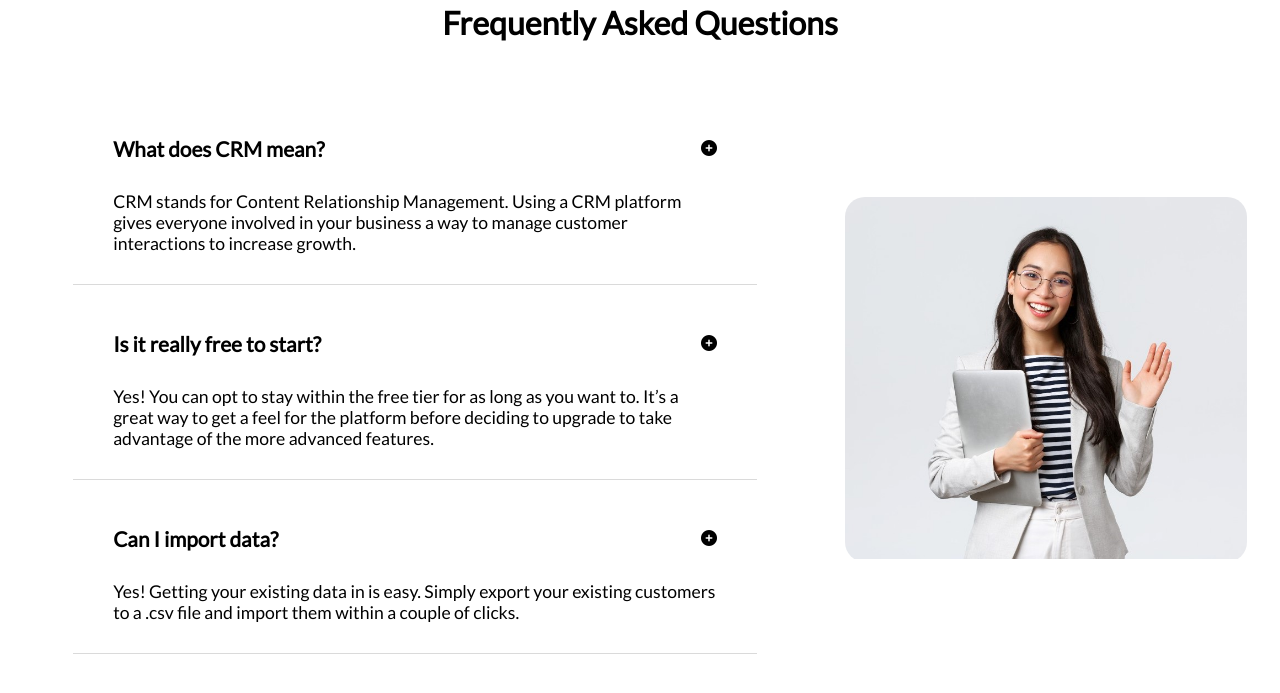
Repository: emiliaiwu/faq_component
Page: index.html
These files come from the project's save history. The page is drawn as it stood at one moment and after the next save; the edit follows.
The browser window is 1280 px wide. The pictures show the whole page.
Some web libraries are served in a nearby version.

Above is the page before, as saved 2022-12-13 16:15:11.

After the next save:
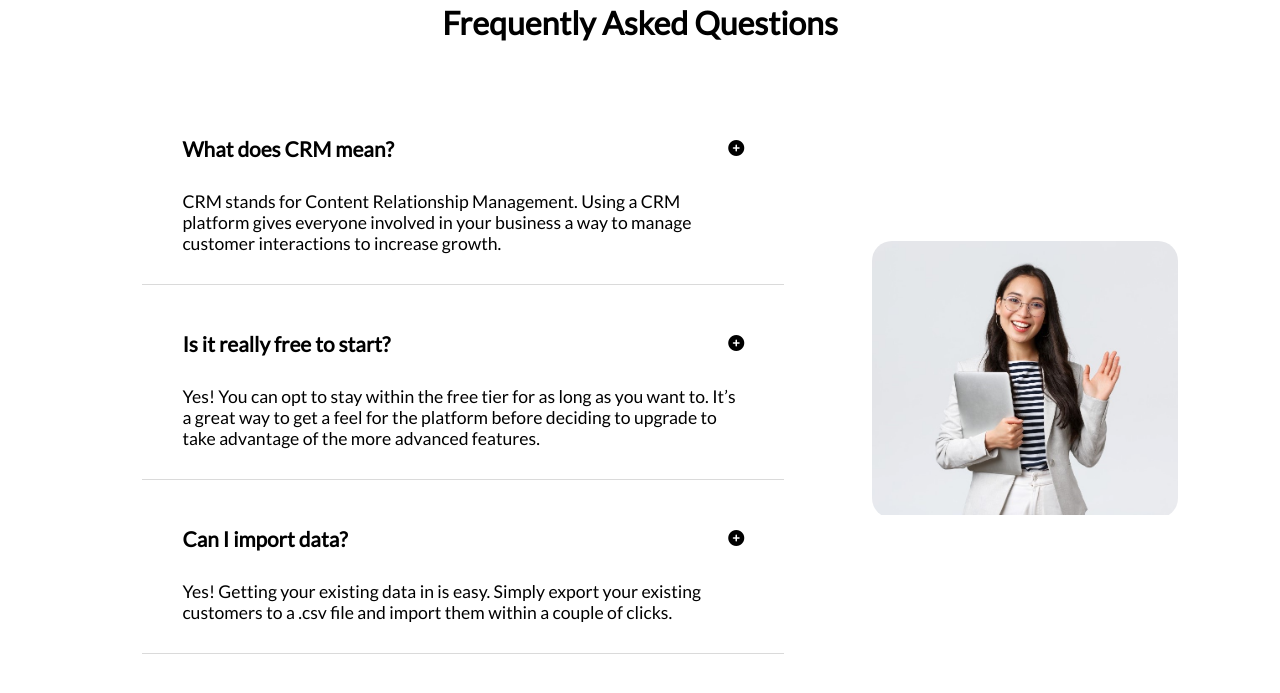
Saved 21 s later.
--- a/style.css
+++ b/style.css
@@ -52,7 +52,7 @@ p {
 }
 
 .faq_image {
-    width: 900px;
+    max-width: 900px;
     border-radius: 20px;
     overflow: hidden;
 }
